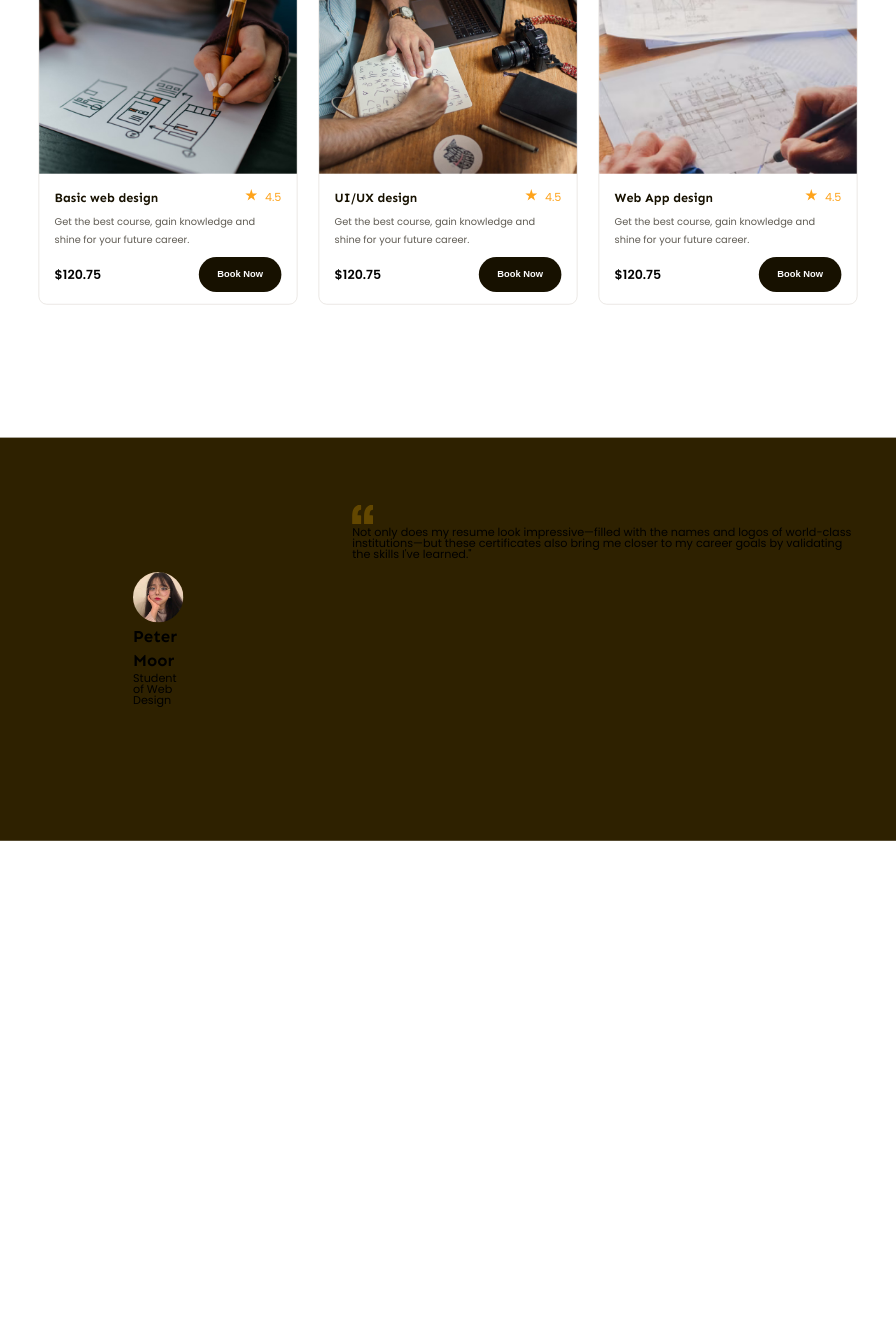
Repository: Toihoclaptrinh/duan1_figma
Page: index.html
An editor plug-in stored every save of this project. The page is shown before and after the next save, followed by the edit.
The browser window is 1280 px wide. The pictures show the part of the page from y = 1313 to 3233 px (the page is 10000 px tall), at 70% of full size.

Above is the page before, as saved 2024-02-09 23:31:36.

After the next save:
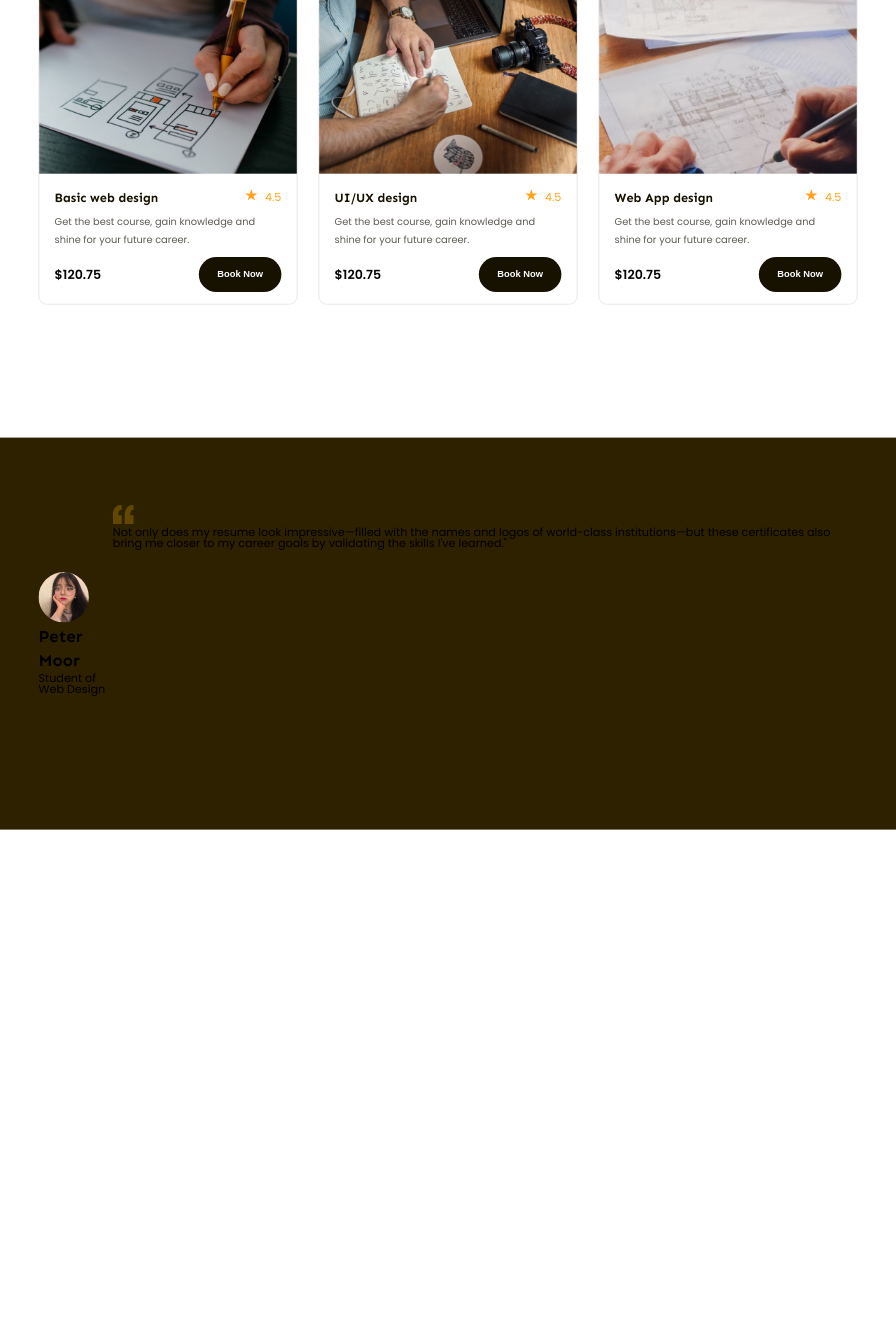
Saved 65 s later.
--- a/assets/css/style.css
+++ b/assets/css/style.css
@@ -419,7 +419,7 @@ a {
 
 .feedback .info {
   width: 159px;
-  margin: 96px 241px 96px 135px;
+  margin: 96px 0px;
 }
 
 .feedback .info .avatar {
